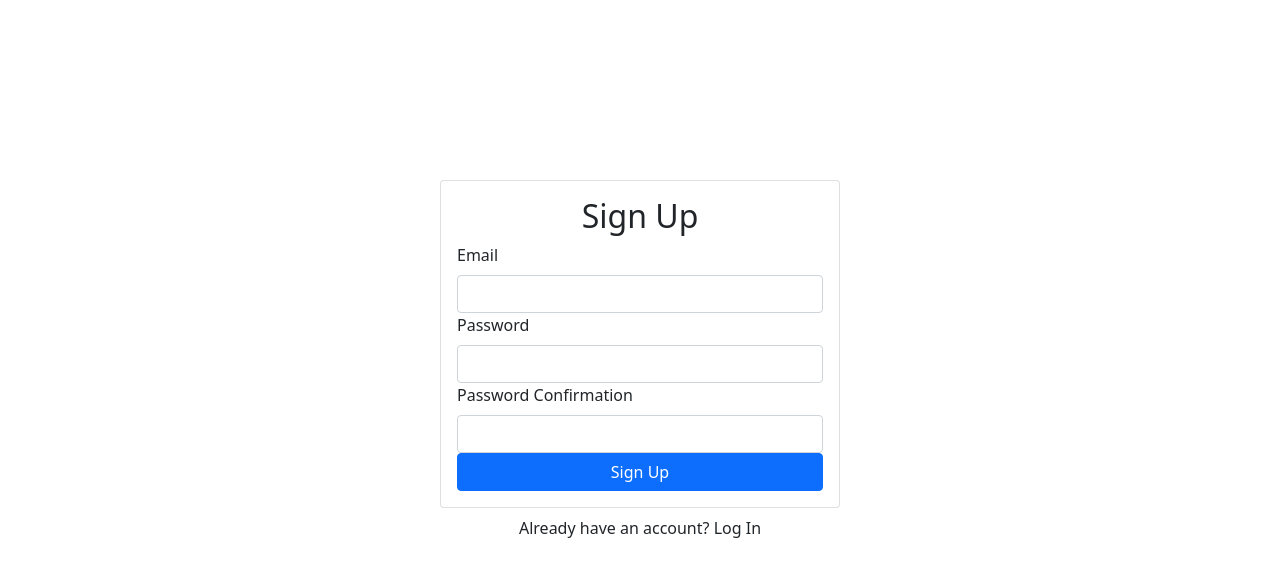
Repository: SirZeck/gg-drive
Page: /
These files come from the project's save history. The page is drawn as it stood at one moment and after the next save; the edit follows.
The browser window is 1280 px wide. The pictures show the whole page.
The project was rebuilt for these pictures with package versions that can differ from the ones it lists, and the page was loaded fresh each time.

Above is the page before, as saved 2021-09-28 16:50:55.

After the next save:
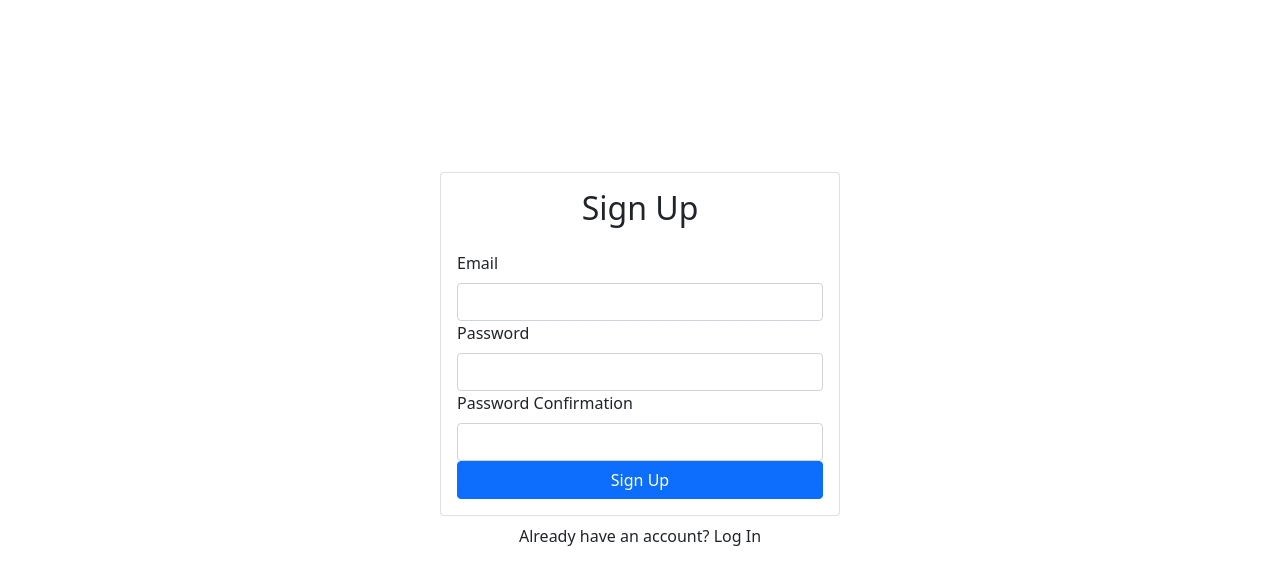
Saved 7 s later.
--- a/src/components/Signup.js
+++ b/src/components/Signup.js
@@ -32,7 +32,7 @@ export default function Signup() {
         <>
             <Card>
                 <Card.Body>
-                    <h2 className="text-center mb-6">Sign Up</h2>
+                    <h2 className="text-center mb-4">Sign Up</h2>
                     {error && <Alert variant="danger">{error}</Alert>}
                     <Form onSubmit={handleSubmit}>
                         <Form.Group id="email">
